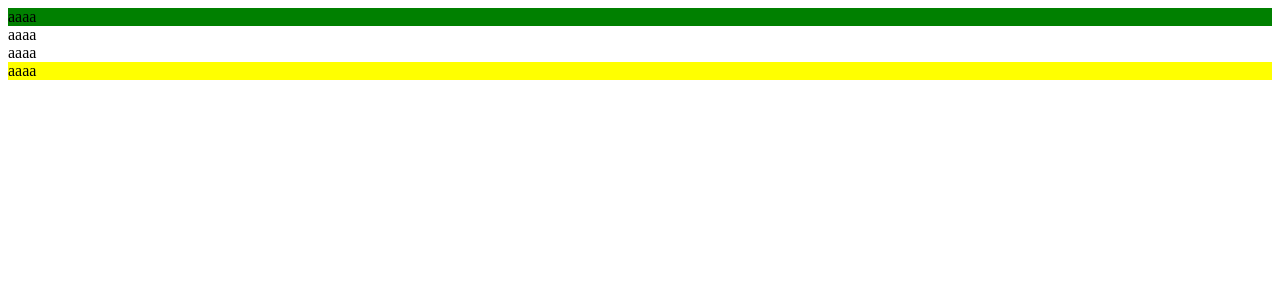
Repository: pleanoma/TooDoo
Page: http://localhost/TooDoo/Home.jsp
The author's editor kept a copy of each file at every save. The page is drawn from the files as they stood at one save, then again after the next save.
The browser window is 1280 px wide. The pictures show the whole page.
The page is served by Tomcat 9. Other server files are loaded and not shown.

Above is the page before, as saved 2013-11-27 07:46:03.

### TooDoo/WebContent/Home.jsp
<%@ page language="java" contentType="text/html; charset=ISO-8859-1"
    pageEncoding="ISO-8859-1"%>
<!DOCTYPE html PUBLIC "-//W3C//DTD HTML 4.01 Transitional//EN" "http://www.w3.org/TR/html4/loose.dtd">
<html>
<head>
<meta http-equiv="Content-Type" content="text/html; charset=ISO-8859-1">
<title>Insert title here</title>
<link rel="stylesheet" href="./css/style.css" type="text/css">
</head>
<body>
	<div id="header">
		aaaa
	</div>
	<div id="content">
		<div id="article">

		aaaa
		</div>
		<div id="sidebar">

		aaaa
		</div>
	</div>
	<div id="footer">

		aaaa
	</div>
</body>
</html>

### TooDoo/WebContent/css/style.css
html, body {
}
#main {
	margin: 0 auto;
	padding: 0;
}
#header {
	width: 100%;
	height: 100%;
	background: green;
}
#content .article {
	width: 20%;
	height: 100%;
	background: red;
}
#content .sidebar {
	width: 80%;
	height: 100%;
	background: blue;
}
#footer {
	width: 100%;
	height: 100%;
	background: yellow;
}

After the next save:
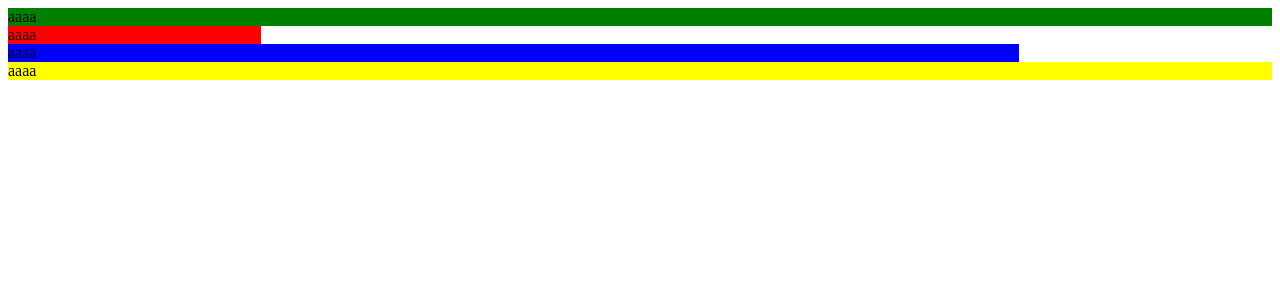
Saved 18 s later.
--- a/TooDoo/WebContent/Home.jsp
+++ b/TooDoo/WebContent/Home.jsp
@@ -12,11 +12,11 @@
 		aaaa
 	</div>
 	<div id="content">
-		<div id="article">
+		<div class="article">
 
 		aaaa
 		</div>
-		<div id="sidebar">
+		<div class="sidebar">
 
 		aaaa
 		</div>
